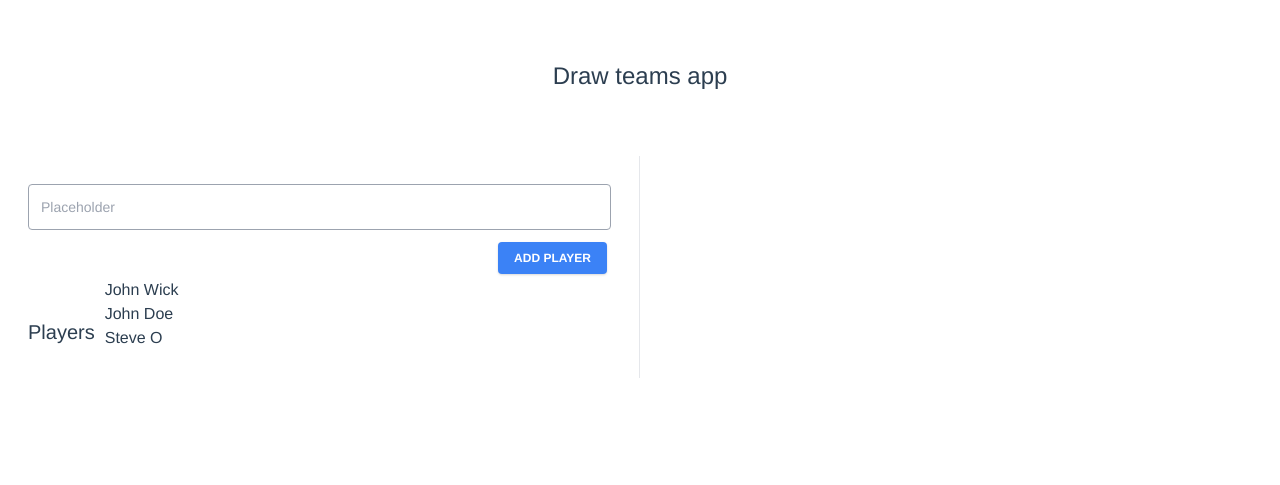
Repository: AlekJanevski/draw-teams-app
Page: /
An editor plug-in stored every save of this project. The page is shown before and after the next save, followed by the edit.
The browser window is 1280 px wide. The pictures show the whole page.
The project was rebuilt for these pictures with package versions that can differ from the ones it lists, and the page was loaded fresh each time.

Above is the page before, as saved 2021-03-18 21:03:37.

After the next save:
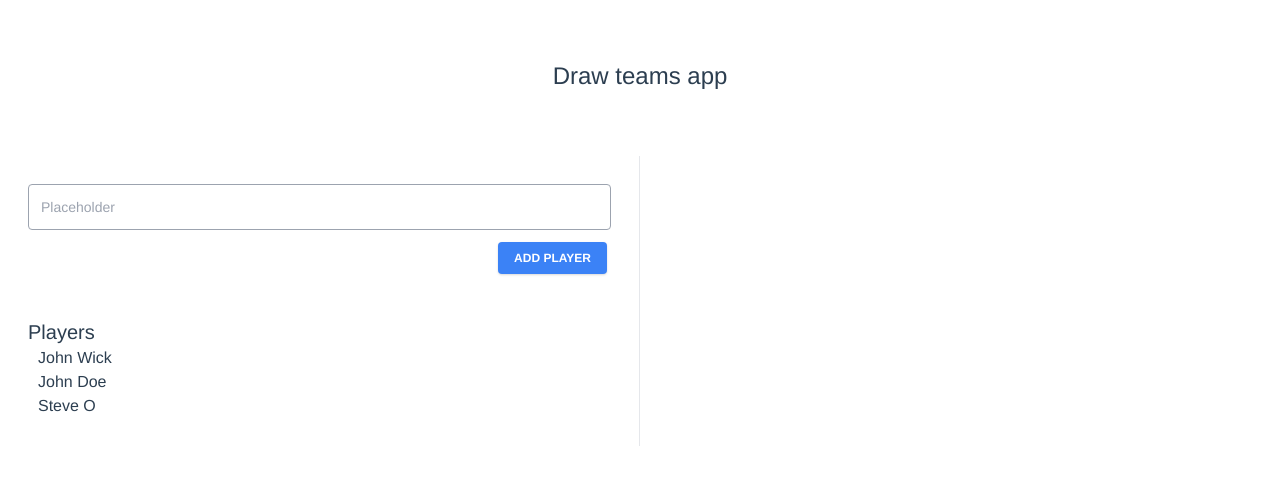
Saved 50 s later.
--- a/src/components/HelloWorld.vue
+++ b/src/components/HelloWorld.vue
@@ -21,7 +21,7 @@
         <!-- Add button ends -->
       </form>
 
-      <div v-if="users.length" class="flex items-start justify-start w-full">
+      <div v-if="users.length" class="flex flex-col items-start justify-start w-full">
         <h3 class="block text-xl">Players</h3>
         <ul class="flex flex-col items-start justify-start">
           <li v-for="(user, id) in users" :key="id" class="m-0">
